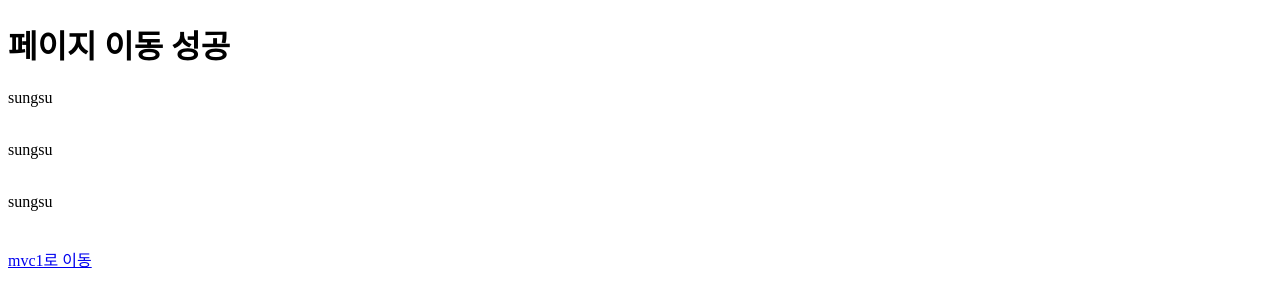
Repository: jaybon1/clone1
Page: http://localhost/sat0613/home.jsp?name=sungsu
The author's editor kept a copy of each file at every save. The page is drawn from the files as they stood at one save, then again after a run of saves.
The browser window is 1280 px wide. The pictures show the whole page.
The page is served by Tomcat 9.

Above is the page before, as saved 2020-06-10 15:56:21.

After the next 2 saves:
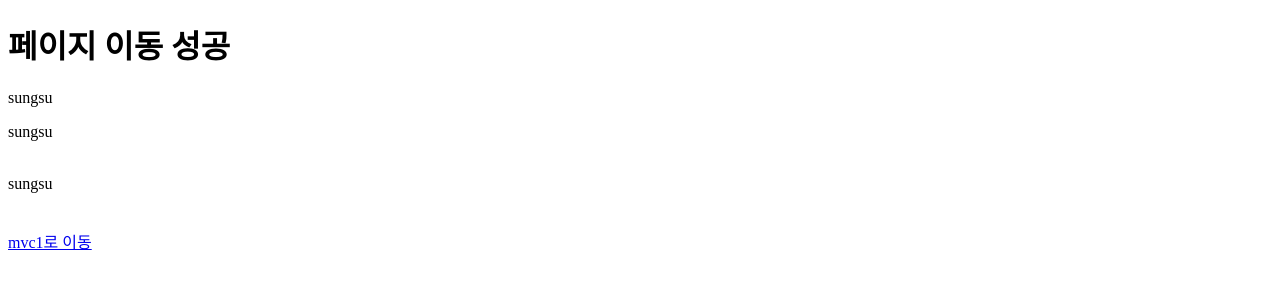
The 2 saves are shown as one change because they came seconds apart.
The last was saved 5 min 15 s later.
--- a/sat0613/WebContent/home.jsp
+++ b/sat0613/WebContent/home.jsp
@@ -20,10 +20,9 @@
 
 	<!-- JSP방식 으로 name 파라미터 출력 -->
 	<%
-		out.print(request.getParameter("name"));
+		out.println(request.getParameter("name"));
 	%>
 
-	<br/>
 	<br/>
 
 	<!-- HTML + EL방식 으로 name 파라미터 출력 -->
